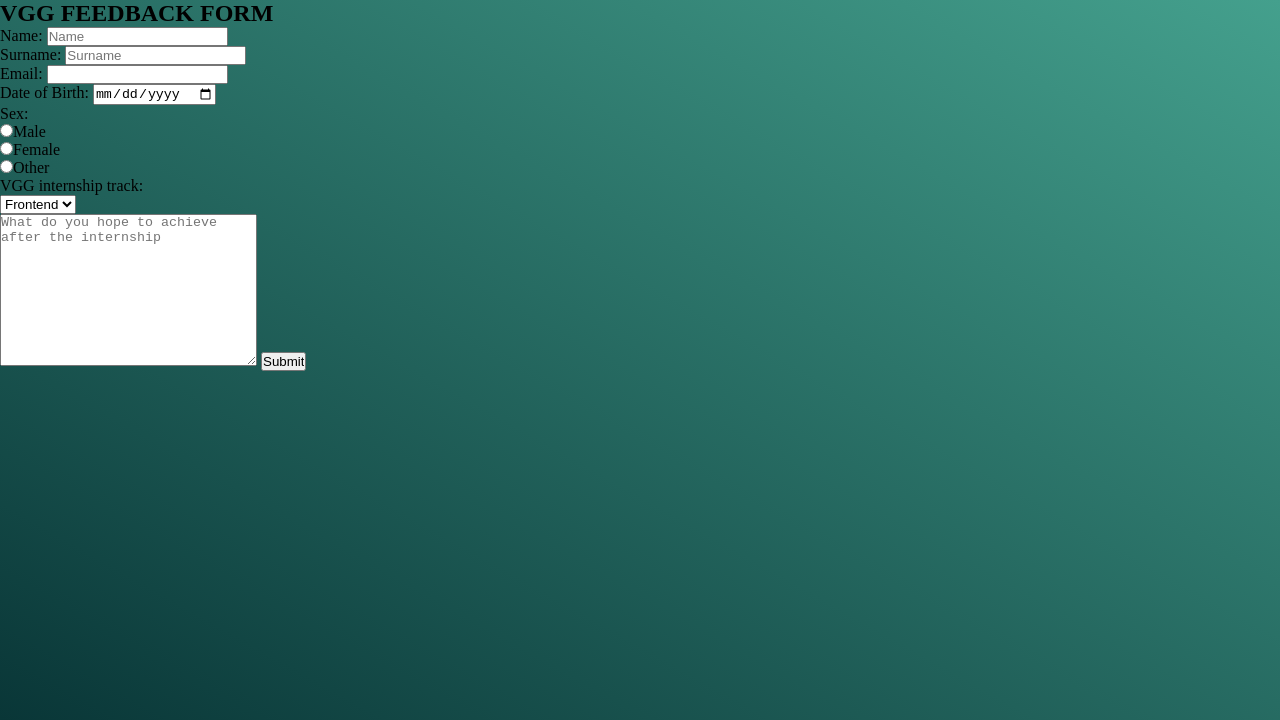
Repository: iphyokafor/VGG-Feedback-form
Page: index.html
An editor plug-in stored every save of this project. The page is shown before and after the next save, followed by the edit.
The browser window is 1280 px wide. The pictures show the whole page.

Above is the page before, as saved 2020-01-12 21:38:22.

### index.html
<!DOCTYPE html>
<html lang="en">

<head>
    <meta charset="UTF-8">
    <meta name="viewport" content="width=device-width, initial-scale=1.0">
    <meta http-equiv="X-UA-Compatible" content="ie=edge">
    <title>VGG Feedback Form</title>
    <link rel="stylesheet" href="./style.css">
</head>

<body>
    <div>
        <form class="container">
            <h2>VGG FEEDBACK FORM</h2>
            Name: <input type="text" placeholder="Name"><br> Surname: <input type="text" placeholder="Surname"><br> Email: <input type="email" required><br> Date of Birth: <input type="date" name="Date of Birth"><br> Sex:
            <br>
            <input type="radio" name="gender">Male<br>
            <input type="radio" name="gender">Female<br>
            <input type="radio" name="gender">Other<br> VGG internship track: <br>
            <select>
              <option value="Frontend">Frontend</option>
              <option value="Backend">Backend</option>
              <option value="UI/UX">UI/UX</option>
              <option value="DevOps">DevOps</option>
            </select><br>
            <textarea name="message" id="message" placeholder="What do you hope to achieve after the internship" cols="30" rows="10"></textarea>
            <input type="submit" value="Submit">
        </form>
    </div>
</body>

</html>

### style.css
* {
    margin: 0;
    padding: 0;
    box-sizing: border-box;
}

body {
    background: linear-gradient(to right top, #093637, #44A08D);
    background-repeat: no-repeat;
    height: 100vh;
}


/* .container {
    box-sizing: border-box;
    box-shadow: 4px 5px 5px solid black;
} */

form {
    /* margin: auto;
    padding: 20px; */
}

After the next save:
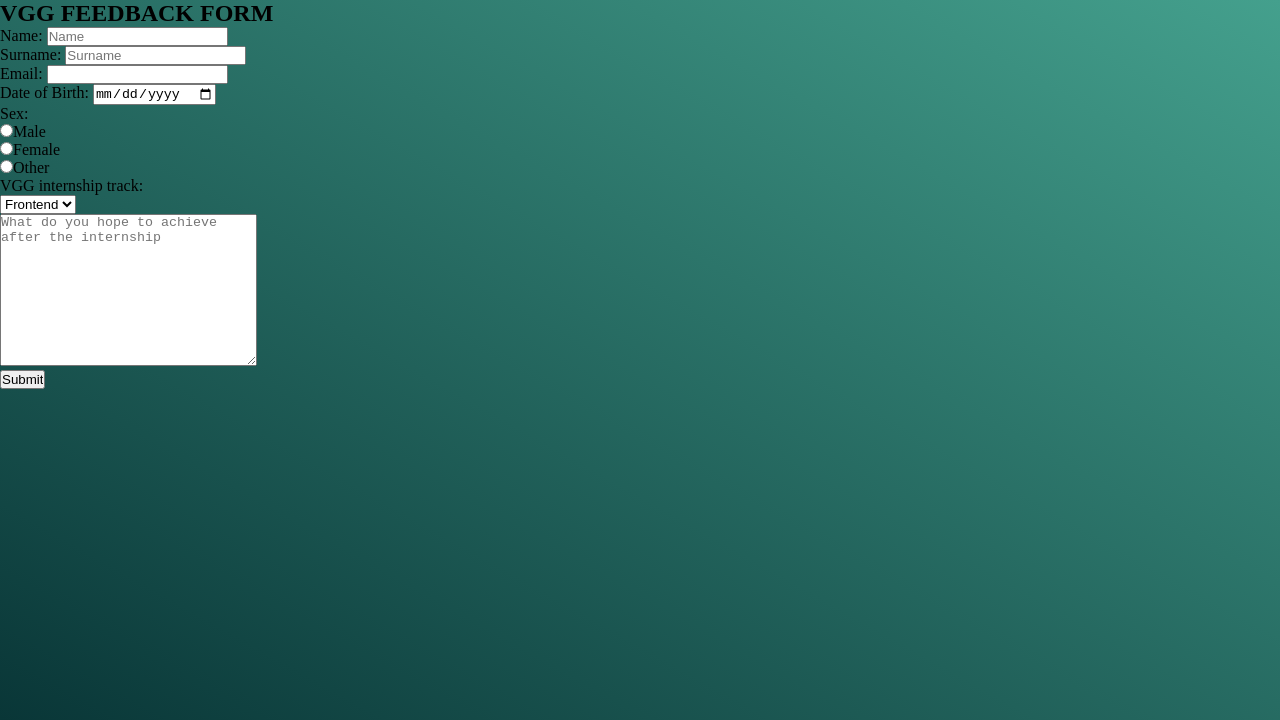
Saved 37 s later.
--- a/index.html
+++ b/index.html
@@ -24,7 +24,7 @@
               <option value="UI/UX">UI/UX</option>
               <option value="DevOps">DevOps</option>
             </select><br>
-            <textarea name="message" id="message" placeholder="What do you hope to achieve after the internship" cols="30" rows="10"></textarea>
+            <textarea name="message" id="message" placeholder="What do you hope to achieve after the internship" cols="30" rows="10"></textarea><br>
             <input type="submit" value="Submit">
         </form>
     </div>
